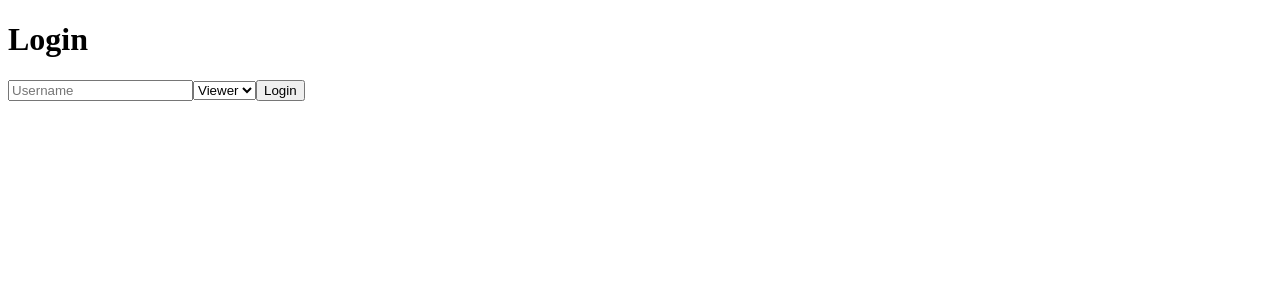
Repository: SolomonChinonso/myUserDashboard
Page: /login (app in my-user-dashboard-app/)
The author's editor kept a copy of each file at every save. The page is drawn from the files as they stood at one save, then again after the next save.
The browser window is 1280 px wide. The page is 1288 px wide, so the pictures cover 1288 px, including what lies to the right of the window. The pictures show the whole page.
The project was rebuilt for these pictures with package versions that can differ from the ones it lists, and the page was loaded fresh each time. Also part of the build but not shown: my-user-dashboard-app/vite.config.ts, my-user-dashboard-app/src/pages/Dashboard.tsx, my-user-dashboard-app/src/pages/Profile.tsx, my-user-dashboard-app/src/pages/Settings.tsx, my-user-dashboard-app/src/components/Navbar.tsx, my-user-dashboard-app/src/components/ProtectedRoute.tsx, my-user-dashboard-app/src/index.css.

Above is the page before, as saved 2026-05-30 01:34:48.

### my-user-dashboard-app/index.html
<!doctype html>
<html lang="en">
  <head>
    <meta charset="UTF-8" />
    <link rel="icon" type="image/svg+xml" href="/favicon.svg" />
    <meta name="viewport" content="width=device-width, initial-scale=1.0" />
    <title>my-user-dashboard-app</title>
  </head>
  <body>
    <div id="root"></div>
    <script type="module" src="/src/main.tsx"></script>
  </body>
</html>

### my-user-dashboard-app/src/main.tsx
import React from "react";
import ReactDOM from "react-dom/client";
import App from "./App";
import { BrowserRouter } from "react-router-dom";
import { AuthProvider } from "./context/AuthProvider"
import "./index.css"

ReactDOM.createRoot(document.getElementById("root")!).render(
  <React.StrictMode>
    <BrowserRouter>
      <AuthProvider>
        <App />
      </AuthProvider>
    </BrowserRouter>
  </React.StrictMode>
);

### my-user-dashboard-app/src/App.tsx
import {
  Routes,
  Route,
  Navigate,
} from "react-router-dom";
import "./App.css"

import Login from "./pages/Login";
import Dashboard from "./pages/Dashboard";
import Profile from "./pages/Profile";
import Settings from "./pages/Settings";

import Navbar from "./components/Navbar";
import ProtectedRoute from "./components/ProtectedRoute";

import { useAuth } from "./hooks/useAuth";

function App() {
  const { user } = useAuth();

  return (
    <div className="body">
      {user && <Navbar />}

      <Routes>
        {/* Redirect homepage to login */}
        <Route
          path="/"
          element={<Navigate to="/login" replace />}
        />

        <Route
          path="/login"
          element={<Login />}
        />

        <Route
          path="/dashboard"
          element={
            <ProtectedRoute>
              <Dashboard />
            </ProtectedRoute>
          }
        />

        <Route
          path="/profile"
          element={
            <ProtectedRoute>
              <Profile />
            </ProtectedRoute>
          }
        />

        <Route
          path="/settings"
          element={
            <ProtectedRoute adminOnly>
              <Settings />
            </ProtectedRoute>
          }
        />

        {/* Catch-all route */}
        <Route
          path="*"
          element={<Navigate to="/login" replace />}
        />
      </Routes>
    </div>
  );
}

export default App;

### my-user-dashboard-app/src/context/AuthProvider.tsx
import {
  useState,
  type ReactNode,
} from "react";

import type { User } from "../types/user";

import { AuthContext } from "./AuthContext";

interface AuthProviderProps {
  children: ReactNode;
}

export const AuthProvider = ({
  children,
}: AuthProviderProps) => {
  const [user, setUser] =
    useState<User | null>(null);

  const login = (userData: User) => {
    setUser(userData);
  };

  const logout = () => {
    setUser(null);
  };

  return (
    <AuthContext.Provider
      value={{
        user,
        login,
        logout,
      }}
    >
      {children}
    </AuthContext.Provider>
  );
};

### my-user-dashboard-app/src/App.css
body{
    width: 100%;
    background-color: #0;
}

### my-user-dashboard-app/src/pages/Login.tsx
import { useState } from "react";
import { useNavigate } from "react-router-dom";
import { useAuth } from "../hooks/useAuth";

const Login = () => {
  const [username, setUsername] = useState("");
  const [role, setRole] = useState("Viewer");

  const { login } = useAuth();
  const navigate = useNavigate();

  const handleLogin = () => {
    login({
      username,
      role: role as "Admin" | "Editor" | "Viewer",
    });

    navigate("/dashboard");
  };

  return (
    <div>
      <h1>Login</h1>

      <input
        type="text"
        placeholder="Username"
        value={username}
        onChange={(e) => setUsername(e.target.value)}
      />

      <select
        value={role}
        onChange={(e) => setRole(e.target.value)}
      >
        <option>Admin</option>
        <option>Editor</option>
        <option>Viewer</option>
      </select>

      <button onClick={handleLogin}>
        Login
      </button>
    </div>
  );
};

export default Login;

### my-user-dashboard-app/src/hooks/useAuth.ts
import { useContext } from "react";

import { AuthContext } from "../context/AuthContext";

export const useAuth = () => {
  const context = useContext(AuthContext);

  if (!context) {
    throw new Error(
      "useAuth must be used inside AuthProvider"
    );
  }

  return context;
};

### my-user-dashboard-app/src/context/AuthContext.ts
import { createContext } from "react";

import type { User } from "../types/user";

export interface AuthContextType {
  user: User | null;
  login: (user: User) => void;
  logout: () => void;
}
export const AuthContext =
  createContext<AuthContextType | null>(null);

After the next save:
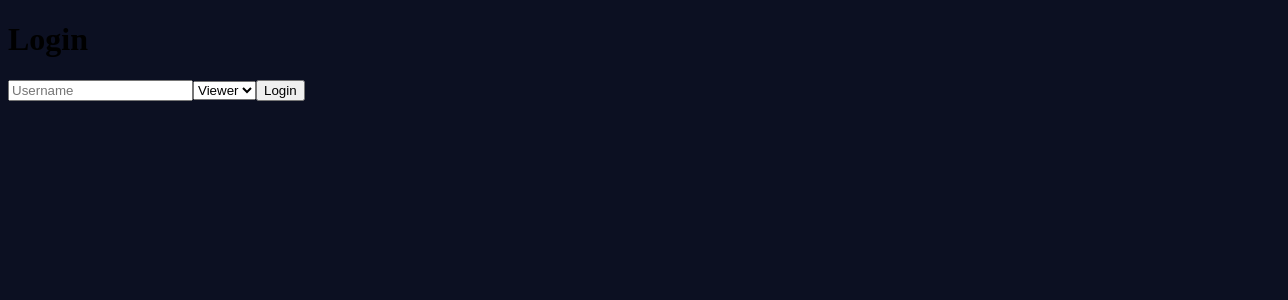
Saved 6 s later.
--- a/my-user-dashboard-app/src/App.css
+++ b/my-user-dashboard-app/src/App.css
@@ -1,4 +1,4 @@
 body{
     width: 100%;
-    background-color: #0;
+    background-color: #0c1022;
 }
